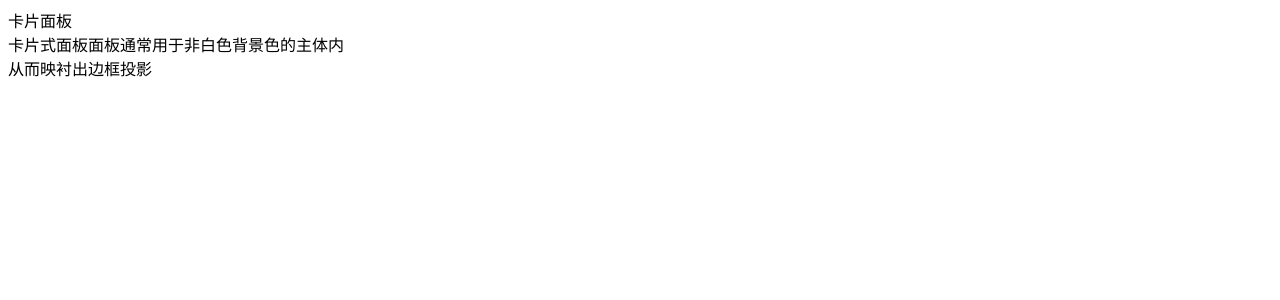
Repository: xxsleep/-
Page: home/article/art_list.html
An editor plug-in stored every save of this project. The page is shown before and after the next save, followed by the edit.
The browser window is 1280 px wide. The pictures show the whole page.

Above is the page before, as saved 2020-11-28 09:24:03.

### home/article/art_list.html
<!DOCTYPE html>
<html lang="en">

<head>
    <meta charset="UTF-8">
    <meta name="viewport" content="width=device-width, initial-scale=1.0">
    <title>Document</title>
    <link rel="stylesheet" href="/assets/lib/layui/layui.all.js">
    <link rel="stylesheet" href="/assets/css/article/art_list.css">
</head>

<body>
    <div class="layui-card">
        <div class="layui-card-header">卡片面板</div>
        <div class="layui-card-body">
            卡片式面板面板通常用于非白色背景色的主体内<br>
            从而映衬出边框投影
        </div>
    </div>

    <script src="/assets/lib/jquery.js"></script>
    <script src="/assets/lib/layui/layui.all.js"></script>
    <script src="/assets/lib/template-web.js"></script>
    <script src="/assets/js/ajaxBase.js"></script>
    <script src="/assets/js/article/art_list.js"></script>
</body>

</html>

### assets/js/ajaxBase.js
$.ajaxPrefilter(function (options) {
    options.url = "http://ajax.frontend.itheima.net" + options.url;

    if (options.url.indexOf("/my/") !== -1) {
        options.headers = {
            Authorization: localStorage.getItem("token"),
        };
    }

    options.complete = function (xhr) {
        if (xhr.responseJSON.status === 1 && xhr.responseJSON.message === '身份认证失败') {
            localStorage.removeItem('token')
            location.href = '/home/login.html'
        }
    }





});

Loaded but not shown: assets/lib/layui/layui.all.js (library); assets/lib/jquery.js (library); assets/lib/template-web.js (library); assets/lib/layui/css/modules/laydate/default/laydate.css (library); assets/lib/layui/css/modules/layer/default/layer.css (library); assets/lib/layui/css/modules/code.css (common file); assets/css/article/art_list.css (no stored copy; drawn as an empty file); assets/js/article/art_list.js (no stored copy; drawn as an empty file)

After the next save:
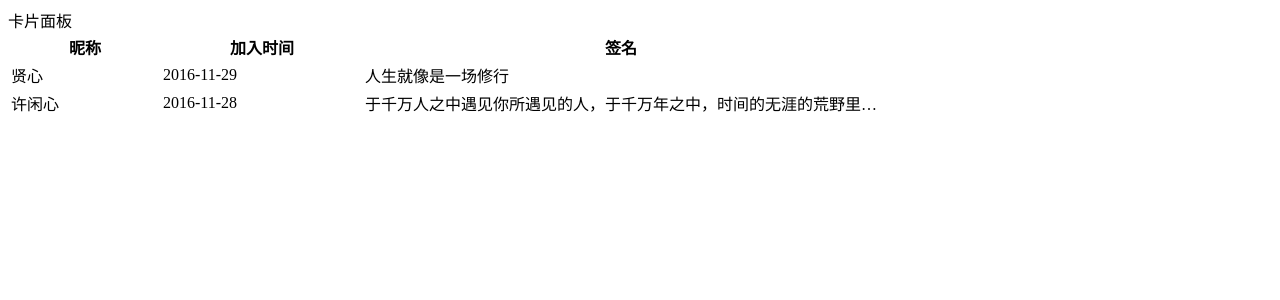
Saved 47 s later.
--- a/home/article/art_list.html
+++ b/home/article/art_list.html
@@ -13,8 +13,32 @@
     <div class="layui-card">
         <div class="layui-card-header">卡片面板</div>
         <div class="layui-card-body">
-            卡片式面板面板通常用于非白色背景色的主体内<br>
-            从而映衬出边框投影
+            <table class="layui-table">
+                <colgroup>
+                    <col width="150">
+                    <col width="200">
+                    <col>
+                </colgroup>
+                <thead>
+                    <tr>
+                        <th>昵称</th>
+                        <th>加入时间</th>
+                        <th>签名</th>
+                    </tr>
+                </thead>
+                <tbody>
+                    <tr>
+                        <td>贤心</td>
+                        <td>2016-11-29</td>
+                        <td>人生就像是一场修行</td>
+                    </tr>
+                    <tr>
+                        <td>许闲心</td>
+                        <td>2016-11-28</td>
+                        <td>于千万人之中遇见你所遇见的人，于千万年之中，时间的无涯的荒野里…</td>
+                    </tr>
+                </tbody>
+            </table>
         </div>
     </div>
 
